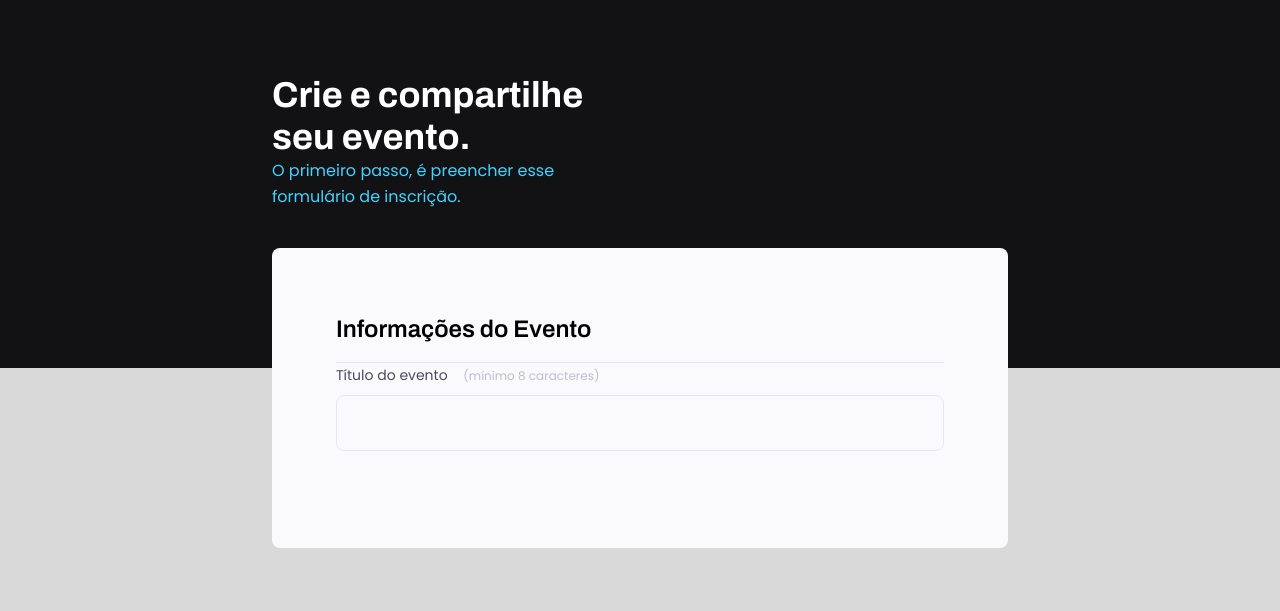
Repository: devMuriloOliveira/Formulario
Page: index.html
These files come from the project's save history. The page is drawn as it stood at one moment and after the next save; the edit follows.
The browser window is 1280 px wide. The pictures show the whole page.

Above is the page before, as saved 2023-10-31 20:42:01.

### index.html
<!DOCTYPE html>
<html lang="en">
  <head>
    <link rel="preconnect" href="https://fonts.googleapis.com" />
    <link rel="preconnect" href="https://fonts.gstatic.com" crossorigin />
    <meta charset="UTF-8" />
    <meta name="viewport" content="width=device-width, initial-scale=1.0" />
    <title>Crie seu evento</title>
    <link rel="stylesheet" href="style.css" />

    <link
      href="https://fonts.googleapis.com/css2?family=Archivo:wght@600;700&family=Poppins&display=swap"
      rel="stylesheet"
    />
  </head>
  <body>
    <div class="page">
      <header>
        <h1>Crie e compartilhe seu evento.</h1>
        <p>O primeiro passo, é preencher esse formulário de inscrição.</p>
      </header>

      <form>
        <fieldset>
          <legend>Informações do Evento</legend>

          <div class="input-wrapper">
            <label for="event-title">
              Título do evento <span>(mínimo 8 caracteres)</span>
            </label>

            <input type="text" id="event-title" />
          </div>
        </fieldset>
      </form>
    </div>
  </body>
</html>

### style.css
*{
  padding: 0;
  margin: 0;
  box-sizing: border-box;
}

body{
  font-family: 'Poppins', sans-serif;
  background-color: #D9D9D9;
}

body::before{
  content: '';
  width: 100%;
  height: 368px;

  position: absolute;
  top: 0;
  left: 0;
  z-index: -1;
  background: #121214;
}

.page{
  width: 736px;
  margin: auto;
}

header{
  width: 319px;
  margin-top: 74px;

}

header h1{
  font-family: 'Archivo', sans-serif;
  font-weight: bold;

  font-size: 36px;
  line-height: 42px;
  color: white;
}

header p{
  color: #42D3FF;
  font-size: 16px;
  line-height: 26px;
}

form{
  margin-top: 38px;
  background: #FAFAFC;

  border-radius: 8px;
  min-height: 300px;

  padding: 64px;
}

fieldset{
  border: none;
}

fieldset legend{
  font-family: 'Archivo', 'S';
  font-weight: 600;
  font-size: 24px;
  line-height: 34px;

  width: 100%;
  border-bottom: 1px solid #E6E6F0;

  padding-bottom: 16px;
}

.input-wrapper{
  display: flex;
  flex-direction: column;
}

.input-wrapper label{
  font-size: 14px;
  line-height: 24px;

  color: #4E4958;
  margin-bottom: 8px;
}

.input-wrapper label span{
  margin-left: 12px;

  line-height: 20px;
  font-size: 12px;
  color: #C1BCCC;
}

.input-wrapper input{
  background: var(--shapes-02, #FAFAFC);
  border: 1px solid #E6E6F0;
  border-radius: 8px;
  box-sizing: border-box;
  height: 56px;
}

After the next save:
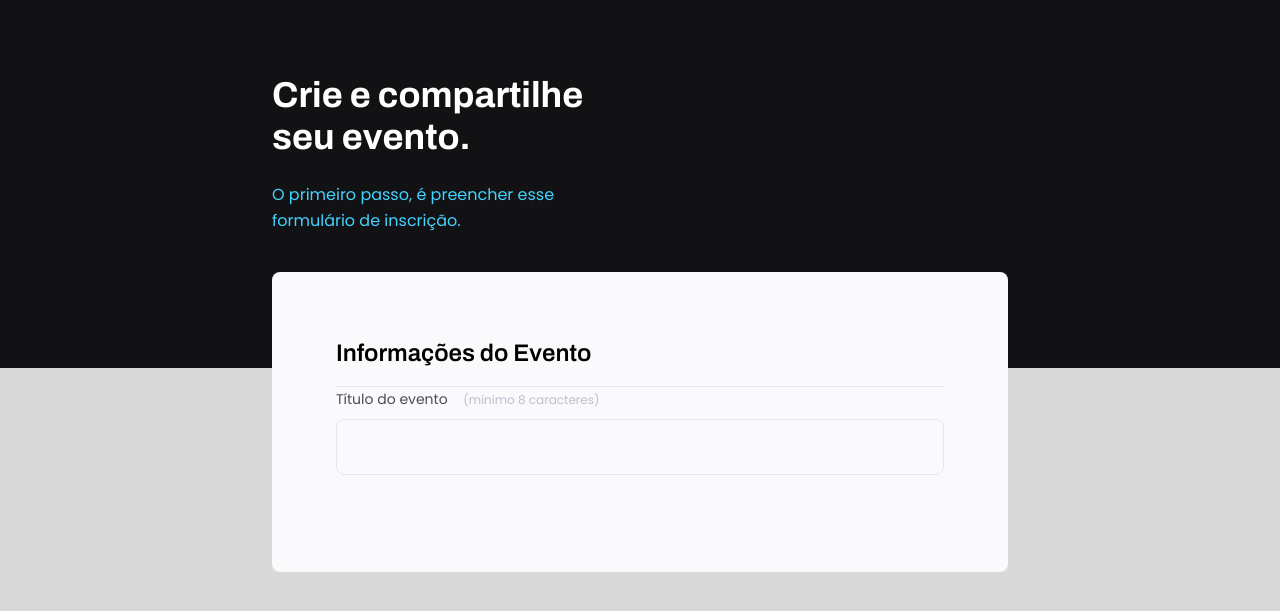
Saved 30 s later.
--- a/style.css
+++ b/style.css
@@ -39,6 +39,8 @@ header h1{
   font-size: 36px;
   line-height: 42px;
   color: white;
+
+  margin-bottom: 24px;
 }
 
 header p{
